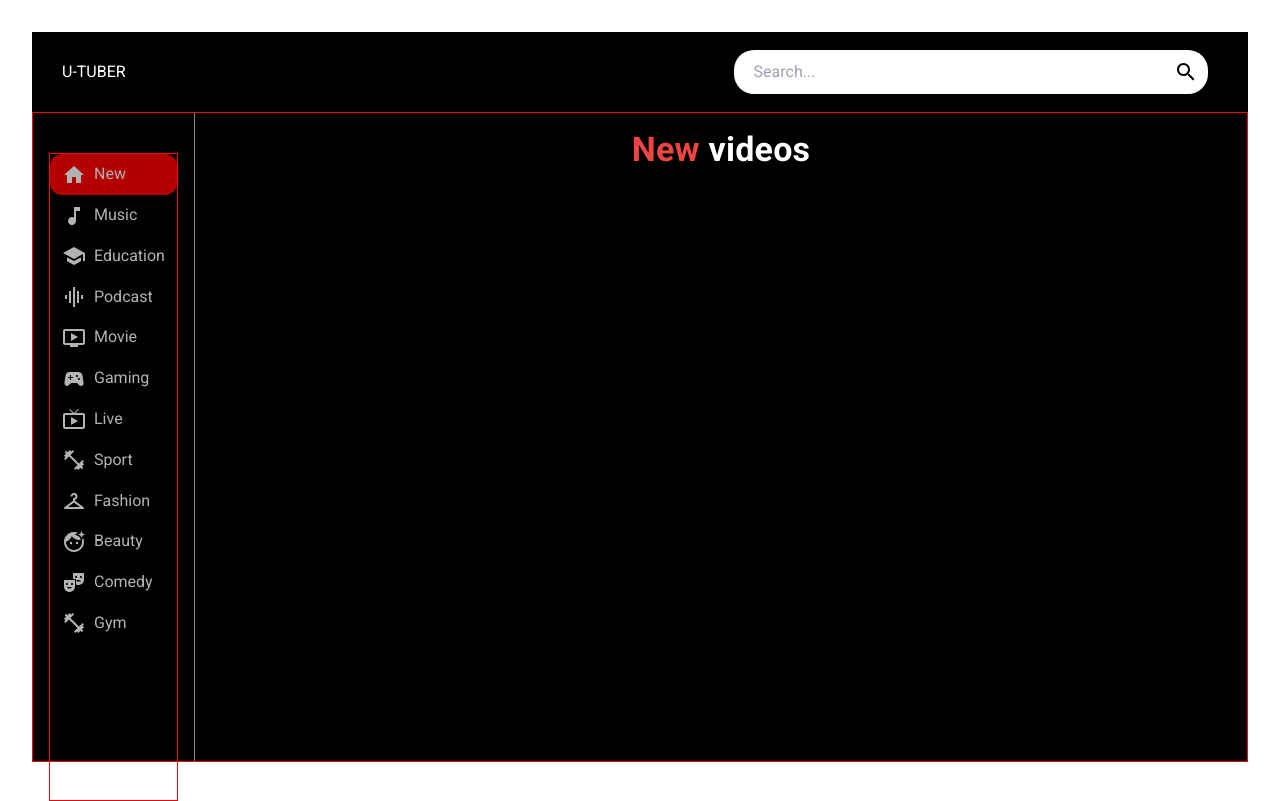
Repository: Nurlan-Bakenbaev/YoutubeClone
Page: /
An editor plug-in stored every save of this project. The page is shown before and after a run of saves, followed by the edit.
The browser window is 1280 px wide. The pictures show the whole page.
The page's requests for data from a server got no answer. The project was rebuilt for these pictures with package versions that can differ from the ones it lists, and the page was loaded fresh each time. No one was signed in, and anything a server would have sent is missing. Also part of the build but not shown: vite.config.js, src/components/VideoCard.jsx, src/components/ChannelCard.jsx, src/components/VideoDetails.jsx, src/components/SearchFeed.jsx, src/components/ChannelDetails.jsx.

Above is the page before, as saved 2023-09-08 15:43:39.

After the next 3 saves:
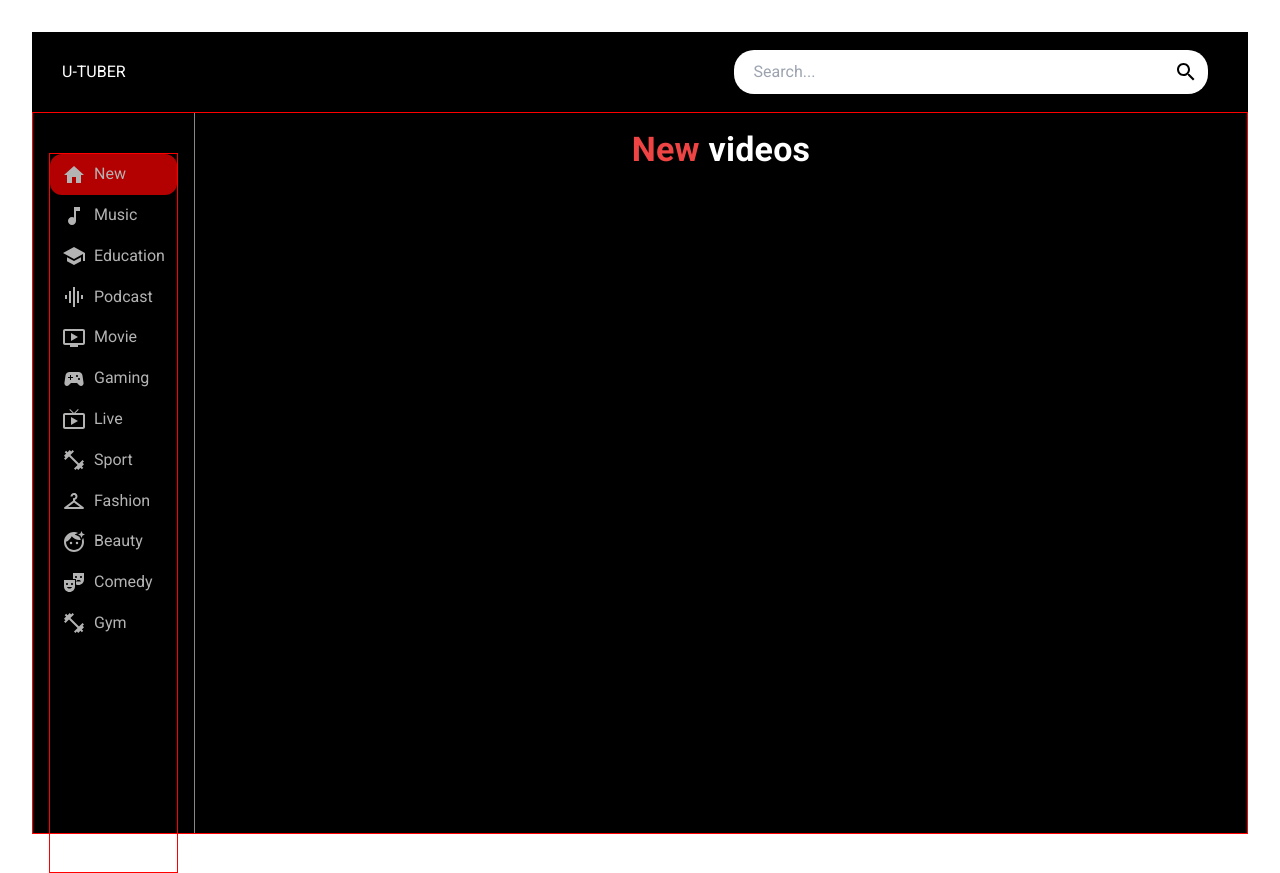
The 3 saves are shown as one change because they came seconds apart.
The last was saved 2 min 3 s later.
--- a/src/components/Feed.jsx
+++ b/src/components/Feed.jsx
@@ -32,7 +32,7 @@ const Feed = () => {
           setSelectedCategory={setSelectedCategory}
         />
       </Box>
-      <Box p={2} sx={{ overflowY: "auto", height: "90vh", flex: 2 }}>
+      <Box p={2} sx={{ overflowY: "auto", height: "100vh", flex: 2 }}>
         <Typography
           variant="h4"
           fontWeight="bold"
